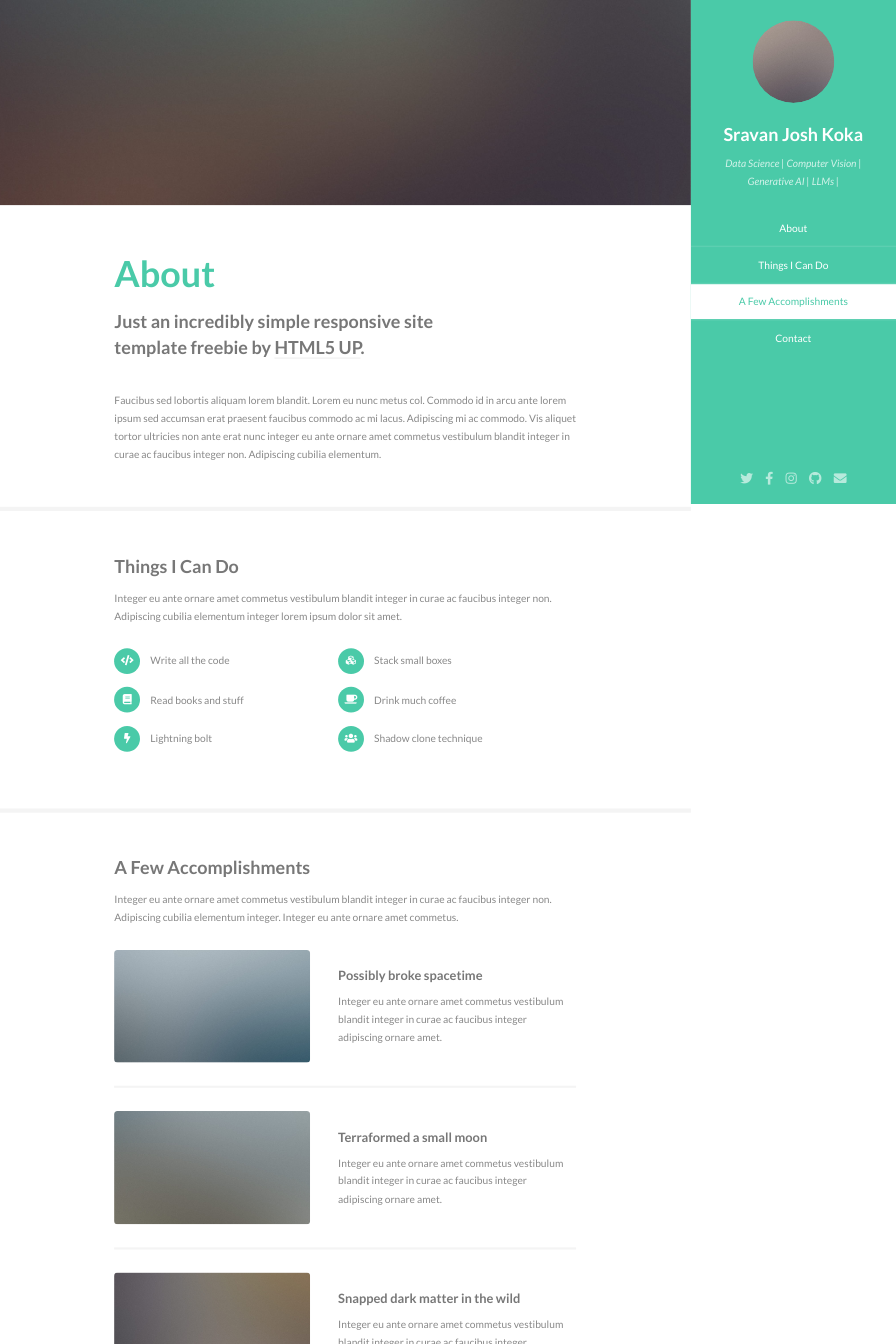
Repository: sravanjosh07/my_portfolio
Page: index.html
These files come from the project's save history. The page is drawn as it stood at one moment and after the next save; the edit follows.
The browser window is 1280 px wide. The pictures show the part of the page from y = 0 to 1920 px (the page is 2809 px tall before and 3106 px after), at 70% of full size.

Above is the page before, as saved 2023-12-26 13:37:38.

After the next save:
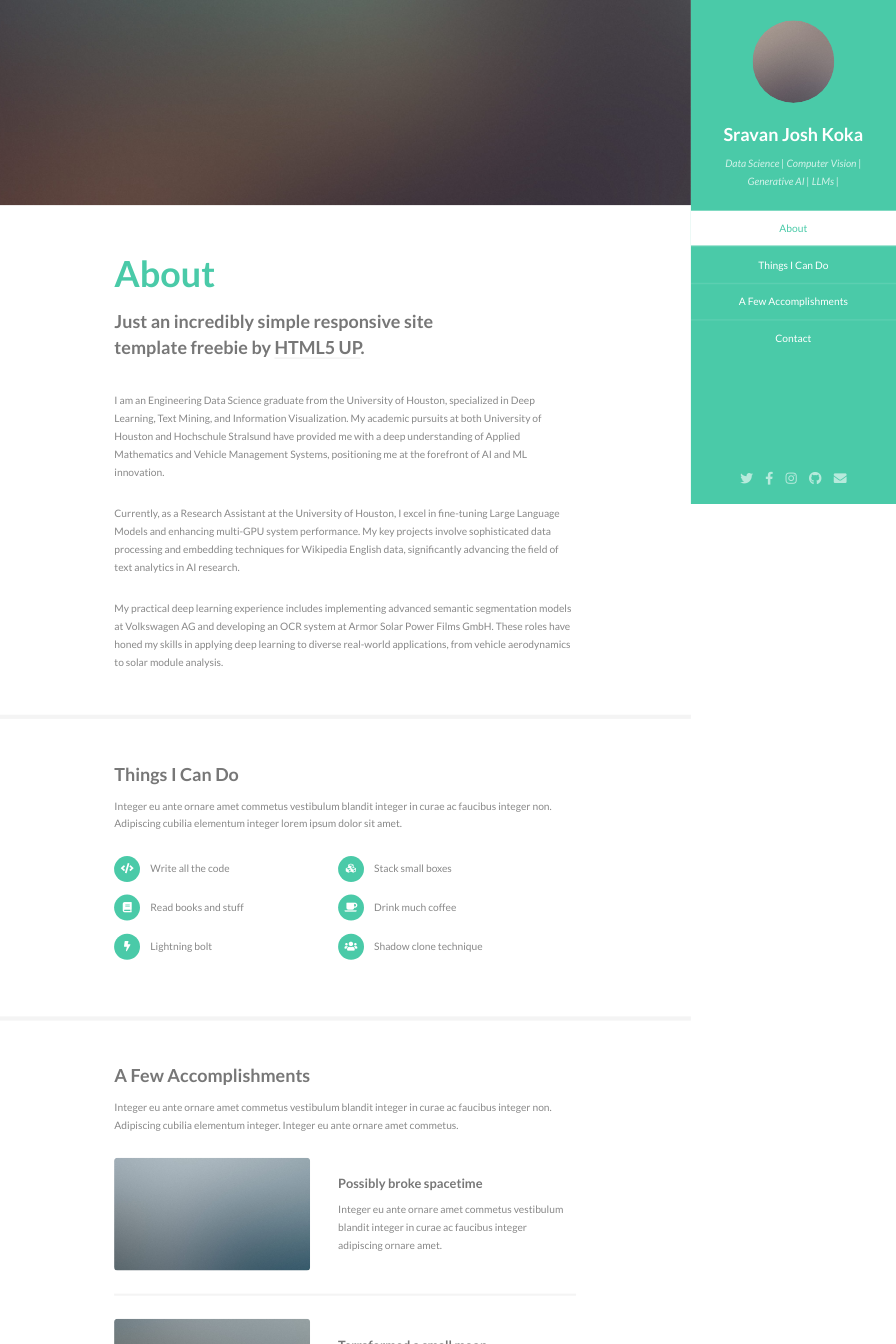
Saved 8 min 31 s later.
--- a/index.html
+++ b/index.html
@@ -57,7 +57,21 @@
 										<p>Just an incredibly simple responsive site<br />
 										template freebie by <a href="http://html5up.net">HTML5 UP</a>.</p>
 									</header>
-									<p>Faucibus sed lobortis aliquam lorem blandit. Lorem eu nunc metus col. Commodo id in arcu ante lorem ipsum sed accumsan erat praesent faucibus commodo ac mi lacus. Adipiscing mi ac commodo. Vis aliquet tortor ultricies non ante erat nunc integer eu ante ornare amet commetus vestibulum blandit integer in curae ac faucibus integer non. Adipiscing cubilia elementum.</p>
+									<p>
+										I am an Engineering Data Science graduate from the University of Houston, specialized in Deep Learning, Text Mining, and Information Visualization.
+										My academic pursuits at both University of Houston and Hochschule Stralsund have provided me with a deep understanding of Applied Mathematics and Vehicle Management Systems, positioning me at the forefront of AI and ML innovation.
+									</p>
+
+									<p>
+										Currently, as a Research Assistant at the University of Houston, I excel in fine-tuning Large Language Models and enhancing multi-GPU system performance.
+										My key projects involve sophisticated data processing and embedding techniques for Wikipedia English data, significantly advancing the field of text analytics in AI research.
+									</p>
+
+									<p>
+										My practical deep learning experience includes implementing advanced semantic segmentation models at Volkswagen AG and developing an OCR system at Armor Solar Power Films GmbH.
+										These roles have honed my skills in applying deep learning to diverse real-world applications, from vehicle aerodynamics to solar module analysis.
+									</p>
+
 								</div>
 							</section>
 
